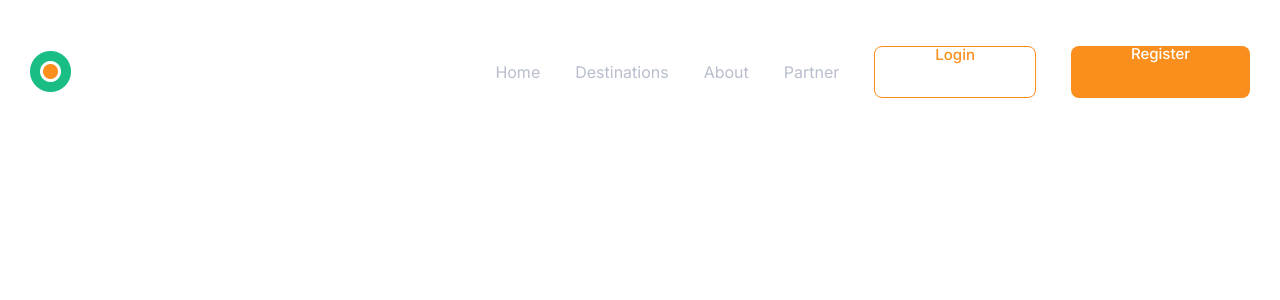
Repository: long5122000/sunny
Page: index.html
These files come from the project's save history. The page is drawn as it stood at one moment and after the next save; the edit follows.
The browser window is 1280 px wide. The pictures show the whole page.
The style sheet was rebuilt from its Sass, Less or Tailwind sources for each picture, by a compiler version that may differ from the author's.

Above is the page before, as saved 2021-11-24 19:45:45.

### index.html
<!DOCTYPE html>
<html lang="en">
  <head>
    <meta charset="UTF-8" />
    <meta http-equiv="X-UA-Compatible" content="IE=edge" />
    <meta name="viewport" content="width=device-width, initial-scale=1.0" />
    <title>Thousand Sunny</title>
    <link rel="preconnect" href="https://fonts.googleapis.com" />
    <link rel="preconnect" href="https://fonts.gstatic.com" crossorigin />
    <link
      href="https://fonts.googleapis.com/css2?family=Inter:wght@400;500;600&family=Mulish:wght@300&family=Playfair+Display:wght@700&display=swap"
      rel="stylesheet"
    />
    <link rel="stylesheet" href="./css/app.css" />
  </head>
  <body>
    <div class="wrapper">
      <header class="header">
        <div class="container">
          <div class="header-main">
            <img srcset="./images/logo.png 2x" alt="" />
            <ul class="menu">
              <li class="menu-item">
                <a href="#" class="menu-link">Home</a>
              </li>
              <li class="menu-item">
                <a href="#" class="menu-link">Destinations</a>
              </li>
              <li class="menu-item">
                <a href="#" class="menu-link">About</a>
              </li>
              <li class="menu-item">
                <a href="#" class="menu-link">Partner</a>
              </li>
              <li class="menu-item">
                <a href="#" class="btn btn--secondary">Login</a>
              </li>
              <li class="menu-item">
                <a href="#" class="btn btn--primary">Register</a>
              </li>
            </ul>
          </div>
        </div>
      </header>
    </div>
    <script src="scripts/app.js"></script>
  </body>
</html>

### sass/app.scss
@import "reset";
@import "variables";
@import "global";
@import "typography";
@import "header";
@import "menu";
@import "footer";

### sass/_variables.scss
$primary-font: "Inter", sans-serif;
$secondary-font: "Playfair Display", serif;
$third-font: "Mulish", sans-serif;
$gray: #b8becd;
$gray-dark: #afb0b9;
$gray-darkest: #202336;
$primary-color: #fb8f1d;

### sass/_global.scss
.wrapper {
  max-width: 1600px;
  margin: 0 auto;
}
.container {
  max-width: 1260px;
  margin: 0 auto;
  padding: 0 20px;
}
ul {
  list-style: none;
}
.btn {
  display: inline-block;
  font-size: 15px;
  font-weight: 500;
  font-family: $primary-font;
  line-height: 1;
  height: 52px;
  padding: 0 60px;
  border-radius: 8px;
  background-color: transparent;
  border: 0;
  outline: none;
  &--primary {
    color: white;
    background-color: $primary-color;
  }
  &--secondary {
    color: $primary-color;
    border: 1px solid currentColor;
  }
}

### sass/_typography.scss
body {
  font-family: $primary-font;
  font-size: 16px;
  line-height: 1;
  color: $gray;
}

### sass/_header.scss
.header {
  padding-top: 45px;
  &-main {
    display: flex;
    justify-content: space-between;
    align-items: center;
  }
}

### sass/_menu.scss
.menu {
  display: flex;
  align-items: center;
  gap: 0 35px;
  &-link {
    color: inherit;
  }
}

Loaded but not shown: sass/_reset.scss (common file); scripts/app.js (no stored copy; drawn as an empty file); sass/_footer.scss (no stored copy; drawn as an empty file)

After the next save:
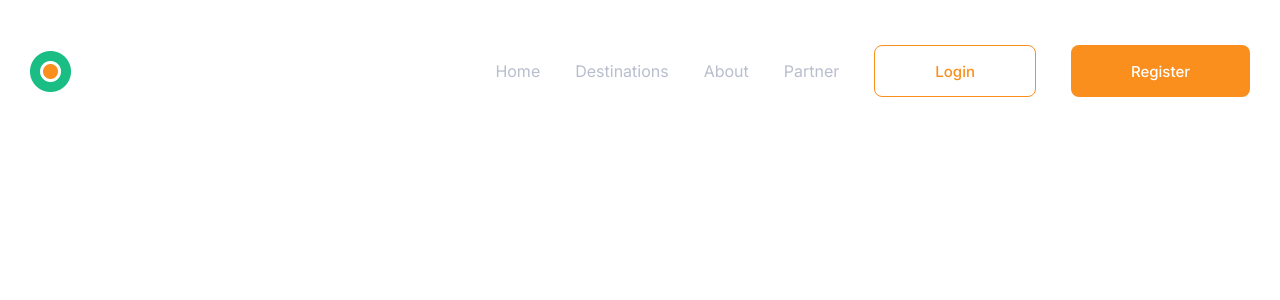
Saved 63 s later.
--- a/sass/_global.scss
+++ b/sass/_global.scss
@@ -11,7 +11,10 @@ ul {
   list-style: none;
 }
 .btn {
-  display: inline-block;
+  display: inline-flex;
+  justify-content: center;
+  align-items: center;
+  cursor: pointer;
   font-size: 15px;
   font-weight: 500;
   font-family: $primary-font;
